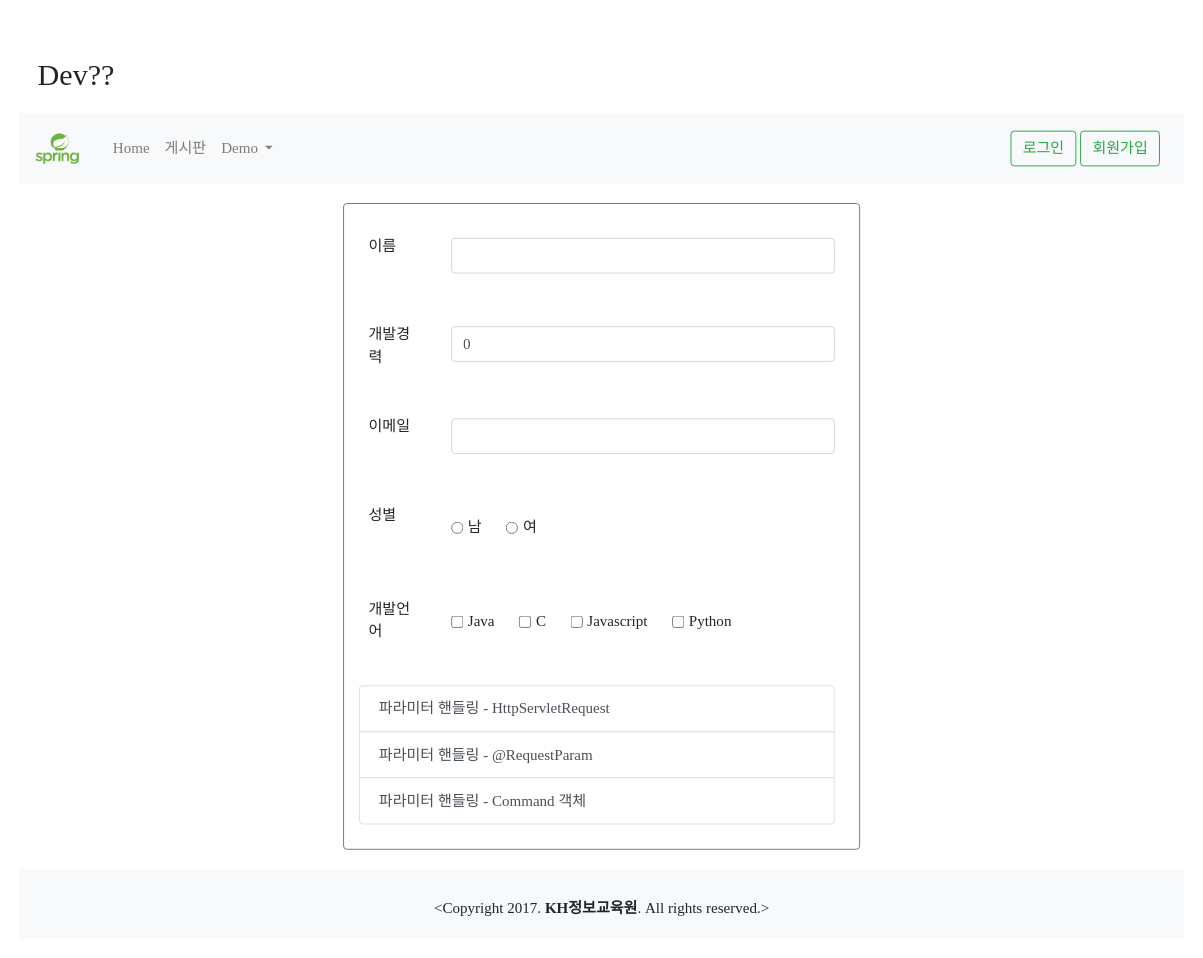
Repository: jinhak94/khspring
Page: http://localhost/hello-spring/WEB-INF/views/demo/devForm.jsp
The author's editor kept a copy of each file at every save. The page is drawn from the files as they stood at one save, then again after the next save.
The browser window is 1280 px wide. The pictures show the whole page, at 94% of full size.
The page is served by Tomcat 9. Nobody is signed in. The template is opened directly, without the code that normally fills it, so the values that code supplies are empty.

Above is the page before, as saved 2021-04-16 05:44:22.

After the next save:
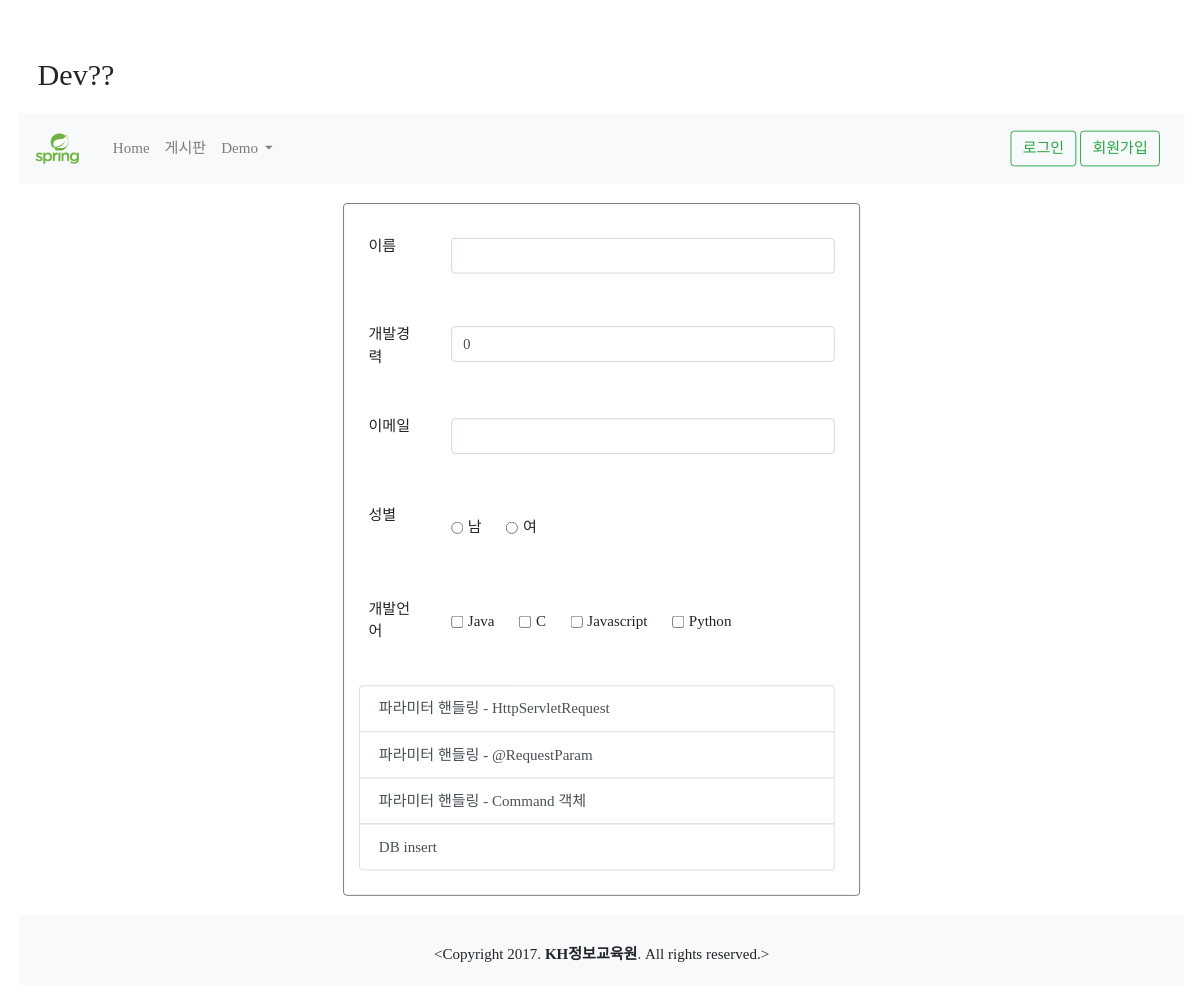
Saved 56 s later.
--- a/spring_workspace/hello-spring/src/main/webapp/WEB-INF/views/demo/devForm.jsp
+++ b/spring_workspace/hello-spring/src/main/webapp/WEB-INF/views/demo/devForm.jsp
@@ -75,6 +75,7 @@
 	  <button type="button" onclick="devSubmit('dev1');" class="list-group-item list-group-item-action">파라미터 핸들링 - HttpServletRequest</button>
 	  <button type="button" onclick="devSubmit('dev2');" class="list-group-item list-group-item-action">파라미터 핸들링 - @RequestParam</button>
 	  <button type="button" onclick="devSubmit('dev3');" class="list-group-item list-group-item-action">파라미터 핸들링 - Command 객체</button>
+	  <button type="button" onclick="devSubmit('dev3');" class="list-group-item list-group-item-action">DB insert</button>
 	</div>
 </div>
 <script>
